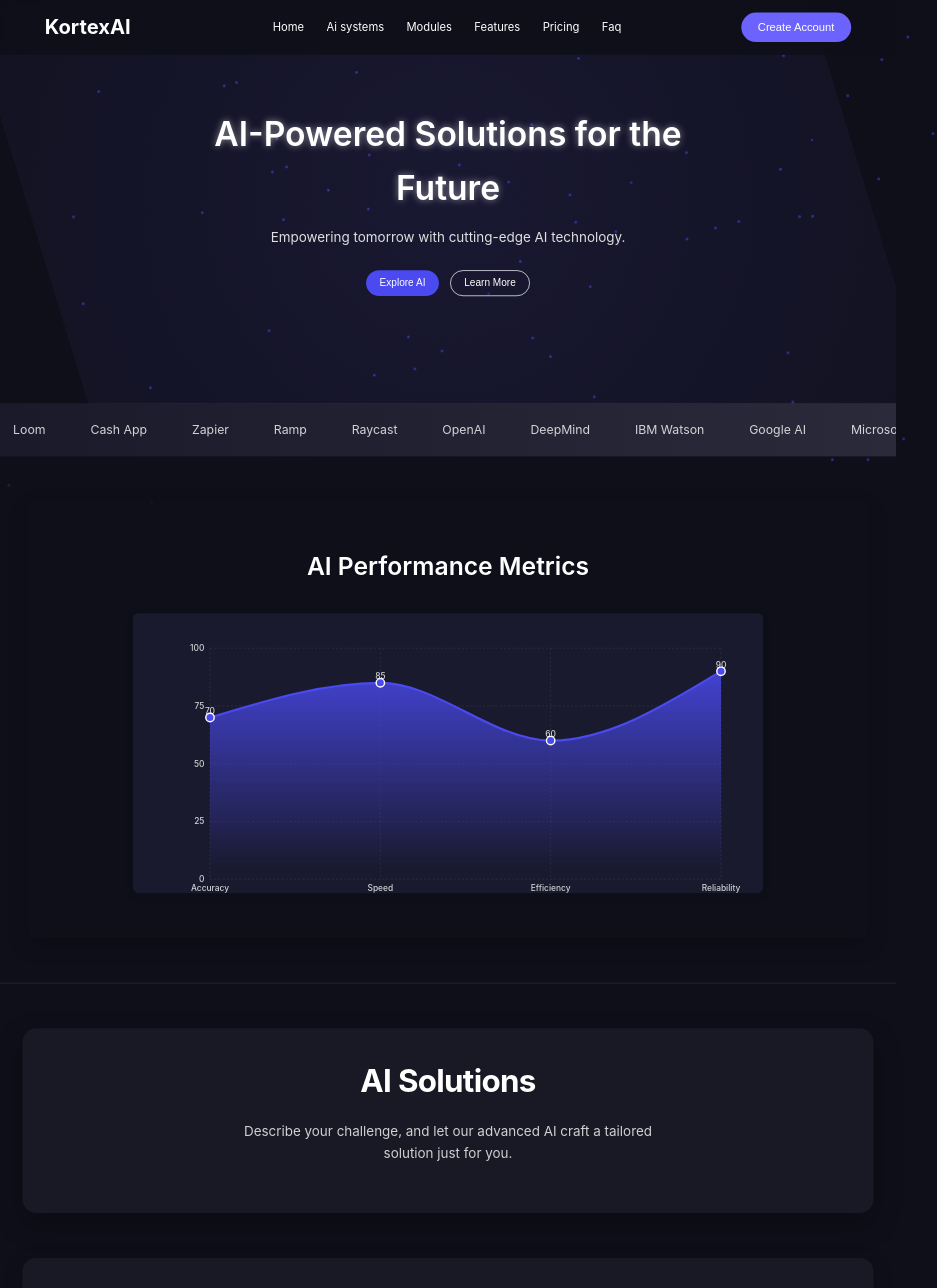
Repository: Rayyy-dev/Kortex-AI
Page: /
The author's editor kept a copy of each file at every save. The page is drawn from the files as they stood at one save, then again after the next save.
The browser window is 1280 px wide. The page is 1335 px wide, then 1338 px, so the pictures cover 1338 px, including what lies to the right of the window. The pictures show the part of the page from y = 0 to 1840 px (the page is 3011 px tall before and 3592 px after), at 70% of full size.
The project was rebuilt for these pictures with package versions that can differ from the ones it lists, and the page was loaded fresh each time.

Above is the page before, as saved 2024-10-15 21:03:47.

### src/App.js
import React, { useEffect, useRef, useState } from 'react';
import { LineChart, Line, XAxis, YAxis, Tooltip, ResponsiveContainer, CartesianGrid, AreaChart, Area, LabelList } from 'recharts';
import './App.css';

function FAQItem({ question, answer }) {
  const [isActive, setIsActive] = useState(false);

  return (
    <div className={`faq-item ${isActive ? 'active' : ''}`} onClick={() => setIsActive(!isActive)}>
      <h3>{question}<span className="faq-toggle">{isActive ? '-' : '+'}</span></h3>
      <div className="faq-answer">
        <p>{answer}</p>
      </div>
    </div>
  );
}

function App() {
  const [isModalOpen, setIsModalOpen] = useState(false);
  const backgroundRef = useRef(null);
  const mainSectionRef = useRef(null);
  const parallaxRef = useRef(null);
  const [activeStep, setActiveStep] = useState(0);
  const [generatingProgress, setGeneratingProgress] = useState(0);
  const [showBackToTop, setShowBackToTop] = useState(false);
  const aiPipelineRef = useRef(null);
  const [menuOpen, setMenuOpen] = useState(false);
  const [userInput, setUserInput] = useState('');
  const [generatedSolution, setGeneratedSolution] = useState('');

  const toggleMenu = () => {
    setMenuOpen(!menuOpen);
  };

  useEffect(() => {
    const background = backgroundRef.current;
    if (!background) return;

    const createParticle = () => {
      const particle = document.createElement('div');
      particle.classList.add('particle');
      particle.style.left = `${Math.random() * 100}%`;
      particle.style.top = `${Math.random() * 100}%`;
      particle.style.animationDuration = `${Math.random() * 10 + 5}s`;
      background.appendChild(particle);

      setTimeout(() => {
        particle.remove();
      }, 15000);
    };

    // Create initial particles
    for (let i = 0; i < 30; i++) {
      createParticle();
    }

    const particleInterval = setInterval(createParticle, 500);

    return () => {
      clearInterval(particleInterval);
    };
  }, []);

  useEffect(() => {
    const handleScroll = () => {
      setShowBackToTop(window.scrollY > 300);
    };

    window.addEventListener('scroll', handleScroll);
    return () => window.removeEventListener('scroll', handleScroll);
  }, []);

  useEffect(() => {
    const interval = setInterval(() => {
      setGeneratingProgress((prevProgress) => {
        if (prevProgress >= 100) {
          clearInterval(interval);
          return 100;
        }
        return prevProgress + 1;
      });
    }, 50);

    return () => clearInterval(interval);
  }, []);

  useEffect(() => {
    const options = {
      root: null,
      rootMargin: '0px',
      threshold: 0.5,
    };

    const observer = new IntersectionObserver((entries) => {
      entries.forEach((entry) => {
        if (entry.isIntersecting) {
          setActiveStep(0);
          const interval = setInterval(() => {
            setActiveStep((prevStep) => {
              if (prevStep >= 2) {
                clearInterval(interval);
                return 2;
              }
              return prevStep + 1;
            });
          }, 2000);

          return () => clearInterval(interval);
        }
      });
    }, options);

    if (aiPipelineRef.current) {
      observer.observe(aiPipelineRef.current);
    }

    return () => {
      if (aiPipelineRef.current) {
        observer.unobserve(aiPipelineRef.current);
      }
    };
  }, []);

  useEffect(() => {
    const observer = new IntersectionObserver((entries) => {
      entries.forEach((entry) => {
        if (entry.isIntersecting) {
          entry.target.classList.add('visible');
        }
      });
    }, { threshold: 0.1 });

    document.querySelectorAll('.fade-in').forEach((el) => observer.observe(el));

    return () => observer.disconnect();
  }, []);

  const performanceData = [
    { name: 'Accuracy', value: 70 },
    { name: 'Speed', value: 85 },
    { name: 'Efficiency', value: 60 },
    { name: 'Reliability', value: 90 }
  ];

  const CustomTooltip = ({ active, payload, label }) => {
    if (active && payload && payload.length) {
      return (
        <div className="custom-tooltip">
          <p className="label">{`${label}: ${payload[0].value}%`}</p>
        </div>
      );
    }
    return null;
  };

  const openModal = () => {
    setIsModalOpen(true);
  };

  const closeModal = () => {
    setIsModalOpen(false);
  };

  const faqData = [
    {
      question: "How do I activate KortexAI?",
      answer: "To activate KortexAI, simply log into your account and navigate to the 'AI Systems' section. Click on the 'Activate' button next to KortexAI, and follow the on-screen instructions to set up and customize your AI experience."
    },
    {
      question: "How is KortexAI different from other AI tools?",
      answer: "KortexAI stands out with its advanced neural network architecture, real-time learning capabilities, and seamless integration across multiple platforms. Our AI offers unparalleled accuracy and efficiency in data analysis, natural language processing, and predictive modeling."
    },
    {
      question: "How much usage is included with my KortexAI plan?",
      answer: "Usage limits vary depending on your subscription tier. Our basic plan includes up to 100 hours of AI processing time per month, while our premium plans offer unlimited usage. Check your account dashboard for detailed information on your current plan and usage statistics."
    },
    {
      question: "Can KortexAI generate 3D assets or site animations?",
      answer: "Yes, KortexAI has advanced capabilities in generating 3D assets and creating dynamic site animations. Our AI can produce high-quality 3D models, textures, and animations based on text descriptions or 2D references. For web animations, KortexAI can generate custom CSS and JavaScript code to bring your site to life."
    }
  ];

  const scrollToTop = () => {
    window.scrollTo({
      top: 0,
      behavior: 'smooth'
    });
  };

  const scrollToSection = (sectionId) => {
    const section = document.querySelector(sectionId);
    if (section) {
      section.scrollIntoView({ behavior: 'smooth' });
    }
  };

  const generateSolution = () => {
    // Implement your solution generation logic here
    // For example, you can use an API call to generate the solution based on userInput
    // and then update the generatedSolution state with the result
  };

  return (
    <div className="App">
      <header className="header">
        <div className="logo">KortexAI</div>
        <nav className={`nav ${menuOpen ? 'active' : ''}`}>
          <ul>
            {['home', 'ai-systems', 'modules', 'features', 'pricing', 'faq'].map((item) => (
              <li key={item}>
                <a href={`#${item}`} onClick={(e) => {
                  e.preventDefault();
                  scrollToSection(`#${item}`);
                  setMenuOpen(false);
                }}>
                  {item.charAt(0).toUpperCase() + item.slice(1).replace('-', ' ')}
                </a>
              </li>
            ))}
          </ul>
        </nav>
        <button className="create-account-btn">Create Account</button>
        <div className={`menu-toggle ${menuOpen ? 'active' : ''}`} onClick={toggleMenu}>
          <span></span>
          <span></span>
          <span></span>
        </div>
      </header>

      <section ref={mainSectionRef} className="main-section">
        <div className="content-container">
          <h1 className="main-title">AI-Powered Solutions for the Future</h1>
          <p className="main-subtitle">
            Empowering tomorrow with cutting-edge AI technology.
          </p>
          <div className="buttons">
            <button className="open-app-btn">Explore AI</button>
            <button className="discover-more-btn">Learn More</button>
          </div>
        </div>
      </section>

      <div className="partner-strip">
        <div className="partner-strip-content">
          <span>Vercel</span>
          <span>Loom</span>
          <span>Cash App</span>
          <span>Zapier</span>
          <span>Ramp</span>
          <span>Raycast</span>
          <span>OpenAI</span>
          <span>DeepMind</span>
          <span>IBM Watson</span>
          <span>Google AI</span>
          <span>Microsoft Azure</span>
          <span>Amazon AWS</span>
        </div>
      </div>

      <section className="performance-metrics">
        <h2>AI Performance Metrics</h2>
        <div className="graph-container">
          <ResponsiveContainer width="100%" height={400}>
            <AreaChart data={performanceData} margin={{ top: 20, right: 30, left: 20, bottom: 20 }}>
              <defs>
                <linearGradient id="colorValue" x1="0" y1="0" x2="0" y2="1">
                  <stop offset="5%" stopColor="#4a4af0" stopOpacity={0.8}/>
                  <stop offset="95%" stopColor="#4a4af0" stopOpacity={0}/>
                </linearGradient>
              </defs>
              <CartesianGrid strokeDasharray="3 3" stroke="#2a2a2a" />
              <XAxis dataKey="name" stroke="#ffffff" axisLine={false} tickLine={false} />
              <YAxis stroke="#ffffff" axisLine={false} tickLine={false} />
              <Tooltip content={<CustomTooltip />} />
              <Area
                type="monotone"
                dataKey="value"
                stroke="#4a4af0"
                fillOpacity={1}
                fill="url(#colorValue)"
                strokeWidth={3}
                dot={{ r: 6, fill: "#4a4af0", stroke: "#ffffff", strokeWidth: 2 }}
                activeDot={{ r: 8, fill: "#ffffff", stroke: "#4a4af0", strokeWidth: 2 }}
              >
                <LabelList dataKey="value" position="top" fill="#ffffff" />
              </Area>
            </AreaChart>
          </ResponsiveContainer>
        </div>
      </section>

      <footer className="footer-section">
        <div className="background-section" ref={backgroundRef}>
          <div className="background-content">
            <div className="ai-solution-box">
              <h2>AI Solutions</h2>
              <p>Describe your challenge, and let our advanced AI craft a tailored solution just for you.</p>

              <div className="input-group">
                <input
                  type="text"
                  placeholder="Enter your challenge here..."
                  value={userInput}
                  onChange={(e) => setUserInput(e.target.value)}
                />
                <button className="generate-btn" onClick={generateSolution}>Generate Solution</button>
              </div>
              <div className="solution-output">
                {generatedSolution ? (
                  <p>{generatedSolution}</p>
                ) : (
                  <p>Your AI-generated solution will appear here...</p>
                )}
              </div>
            </div>

            {/* New FAQ Section */}
            <div className="faq-section">
              <h2 className="faq-title">Frequently Asked Questions</h2>
              <div className="faq-list">
                {faqData.map((item, index) => (
                  <FAQItem key={index} question={item.question} answer={item.answer} />
                ))}
              </div>
            </div>
          </div>
        </div>

        {/* New footer content */}
        <div className="footer-links">
          <div className="footer-column">
            <h3>Explore</h3>
            <ul>
              <li><a href="#">AI Systems</a></li>
              <li><a href="#">Modules</a></li>
              <li><a href="#">KortexAI Studio <span className="beta-tag">BETA</span></a></li>
              <li><a href="#">KortexAI API <span className="new-tag">NEW</span></a></li>
            </ul>
          </div>
          <div className="footer-column">
            <h3>Resources</h3>
            <ul>
              <li><a href="#">Documentation</a></li>
              <li><a href="#">Help Center</a></li>
              <li><a href="#">Pricing</a></li>
              <li><a href="#">Contact</a></li>
              <li><a href="#">KortexAI Community</a></li>
              <li><a href="#">Become a Partner</a></li>
              <li><a href="#">Research Collaborations</a></li>
            </ul>
          </div>
          <div className="footer-column">
            <h3>Company</h3>
            <ul>
              <li><a href="#">About Us</a></li>
              <li><a href="#">Careers</a></li>
              <li><a href="#">Terms of Service</a></li>
              <li><a href="#">Privacy Policy</a></li>
            </ul>
          </div>
        </div>
        <div className="footer-bottom">
          <p>KortexAI © 2024. All Rights Reserved</p>
          <div className="social-links">
            {/* Add social media links here */}
          </div>
          <div className="awards">
            <span className="award-text">AI Excellence Award 2023</span>
          </div>
        </div>
      </footer>

      {/* AI Solutions Modal */}
      {isModalOpen && (
        <div className="modal-overlay">
          <div className="modal-content">
            <div className="ai-solution-box">
              <h2>AI Solutions</h2>
              <p>Describe your issue and let our AI generate a solution for you!</p>
              <div className="input-group">
                <input type="text" placeholder="Enter your issue here..." />
                <button className="generate-btn">Generate Solution</button>
              </div>
              <div className="solution-output">
                <p>AI-generated solution will appear here...</p>
              </div>
            </div>
            <button className="close-modal-btn" onClick={closeModal}>
              Close
            </button>
          </div>
        </div>
      )}

      {showBackToTop && (
        <button className="back-to-top" onClick={scrollToTop}>
          ↑
        </button>
      )}
    </div>
  );
}

export default App;

Loaded but not shown: public/index.html (common file); src/index.js (common file); src/index.css (common file); src/reportWebVitals.js (common file); src/App.css (1476 lines, source omitted)

After the next save:
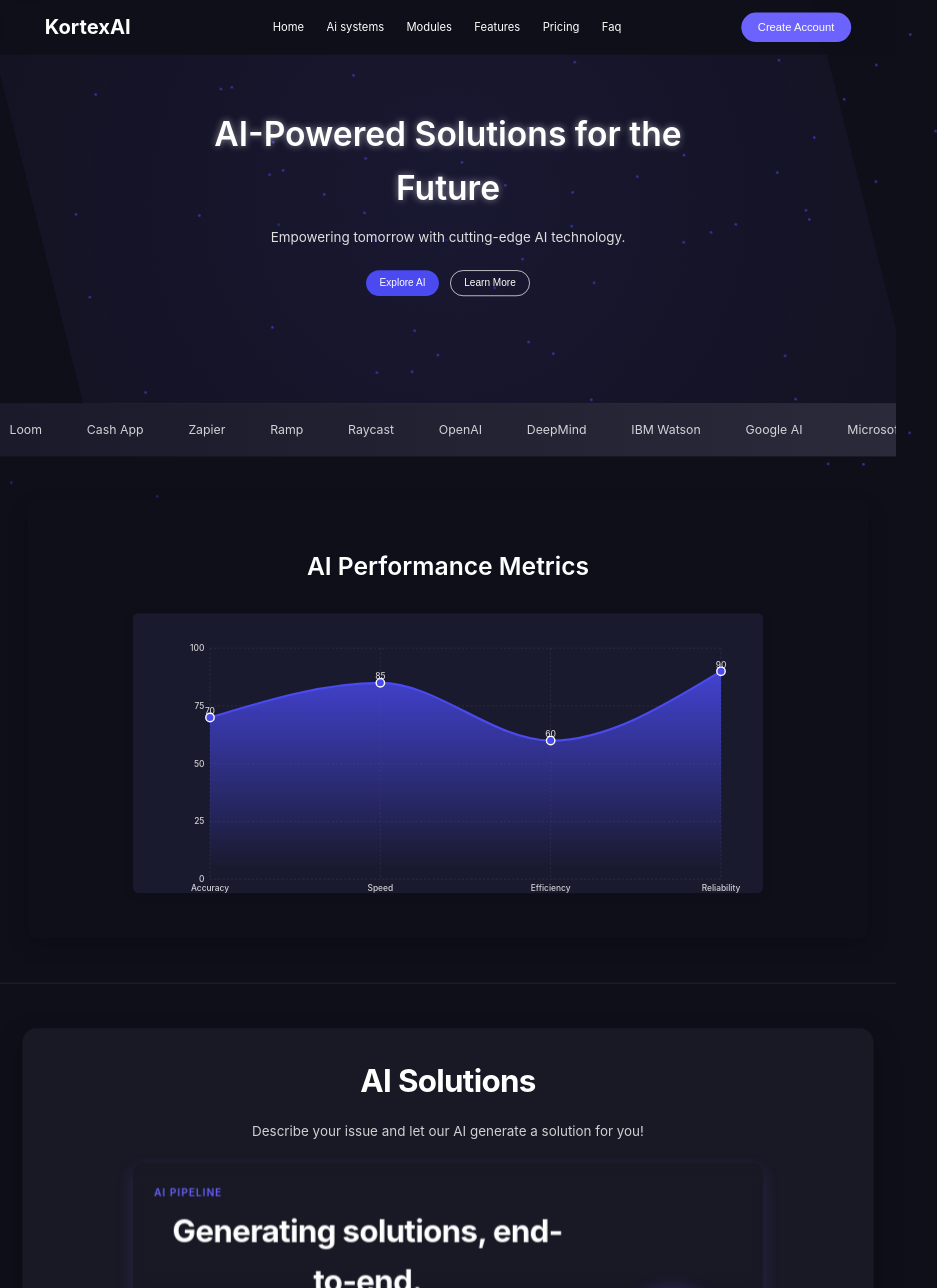
Saved 15 s later.
--- a/src/App.js
+++ b/src/App.js
@@ -25,8 +25,6 @@
   const [showBackToTop, setShowBackToTop] = useState(false);
   const aiPipelineRef = useRef(null);
   const [menuOpen, setMenuOpen] = useState(false);
-  const [userInput, setUserInput] = useState('');
-  const [generatedSolution, setGeneratedSolution] = useState('');
 
   const toggleMenu = () => {
     setMenuOpen(!menuOpen);
@@ -192,12 +190,6 @@
     if (section) {
       section.scrollIntoView({ behavior: 'smooth' });
     }
-  };
-
-  const generateSolution = () => {
-    // Implement your solution generation logic here
-    // For example, you can use an API call to generate the solution based on userInput
-    // and then update the generatedSolution state with the result
   };
 
   return (
@@ -294,23 +286,51 @@
           <div className="background-content">
             <div className="ai-solution-box">
               <h2>AI Solutions</h2>
-              <p>Describe your challenge, and let our advanced AI craft a tailored solution just for you.</p>
-
+              <p>Describe your issue and let our AI generate a solution for you!</p>
+
+              {/* New AI Pipeline Section */}
+              <div className="ai-pipeline-section">
+                <div className="ai-pipeline-content">
+                  <div className="ai-pipeline-text">
+                    <h3 className="ai-pipeline-subtitle">AI Pipeline</h3>
+                    <h2 className="ai-pipeline-title">Generating solutions, end-to-end.</h2>
+                    <div className="ai-pipeline-steps">
+                      <div className={`ai-pipeline-step ${activeStep === 0 ? 'active' : ''}`}>
+                        <span className="step-icon">✨</span>
+                        <h4>Analyzing prompt...</h4>
+                        <p>KortexAI determines the subject and context of your issue.</p>
+                      </div>
+                      <div className={`ai-pipeline-step ${activeStep === 1 ? 'active' : ''}`}>
+                        <span className="step-icon">🔧</span>
+                        <h4>Crafting solutions...</h4>
+                        <p>Next, it generates tailored solutions based on the analysis.</p>
+                      </div>
+                      <div className={`ai-pipeline-step ${activeStep === 2 ? 'active' : ''}`}>
+                        <span className="step-icon">🚀</span>
+                        <h4>Review and implement!</h4>
+                        <p>The solution is ready – your turn to put it into action.</p>
+                      </div>
+                    </div>
+                    <div className="get-started-container">
+                      <button className="get-started-btn">Get Started</button>
+                    </div>
+                  </div>
+                  <div className="ai-pipeline-visual">
+                    <div className="ai-orb">
+                      <div className="ai-orb-inner"></div>
+                    </div>
+                    <p className="generating-text">Generating your solution... {generatingProgress}%</p>
+                  </div>
+                </div>
+              </div>
+
+              {/* Existing input and output areas */}
               <div className="input-group">
-                <input
-                  type="text"
-                  placeholder="Enter your challenge here..."
-                  value={userInput}
-                  onChange={(e) => setUserInput(e.target.value)}
-                />
-                <button className="generate-btn" onClick={generateSolution}>Generate Solution</button>
+                <input type="text" placeholder="Enter your issue here..." />
+                <button className="generate-btn">Generate Solution</button>
               </div>
               <div className="solution-output">
-                {generatedSolution ? (
-                  <p>{generatedSolution}</p>
-                ) : (
-                  <p>Your AI-generated solution will appear here...</p>
-                )}
+                <p>AI-generated solution will appear here...</p>
               </div>
             </div>
 
